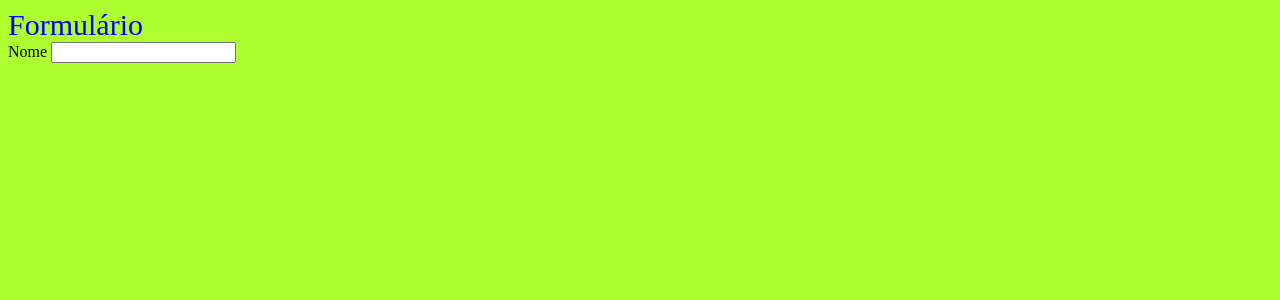
Repository: Vilmar-Freire/ESTUDOS-01-vilmar
Page: workspaces/prof-matheus battisti/matheus-dois.html
An editor plug-in stored every save of this project. The page is shown before and after the next save, followed by the edit.
The browser window is 1280 px wide. The pictures show the whole page.

Above is the page before, as saved 2026-09-02 16:39:43.

### workspaces/prof-matheus battisti/matheus-dois.html
<!DOCTYPE html>
<html lang="pt-BR">
<head>
    <meta charset="UTF-8">
    <meta name="keywords" content="Programacao, html, css, JavaScript">
    <meta name="Language" content="pt-BR">
    <meta name="Description" content="Formulario">
    <meta name="author" content="Vilmar Freire">
    <script src="matheus-dois.js"></script>
    <link rel="stylesheet" href="./matheus-dois.css">
    <meta name="viewport" content="width=device-width, initial-scale=1.0">
    <title>Document</title>
</head>
<body>
    <div class="container">
        <div class="title">Formulário</div>
        <form action="#"></form>

        <div class="user-details">
            <div class="input-box">
                <label for="name">Nome</label>
                <input type="text" id="name" name="name">
            </div>
        </div>
    </div>


</body>
</html>

### workspaces/prof-matheus battisti/matheus-dois.css
body{
    background-color:greenyellow;
}

.title{
    color:blue;
    font-size: 30px;
    text-align:left;
}

Loaded but not shown: workspaces/prof-matheus battisti/matheus-dois.js (no stored copy; drawn as an empty file)

After the next save:
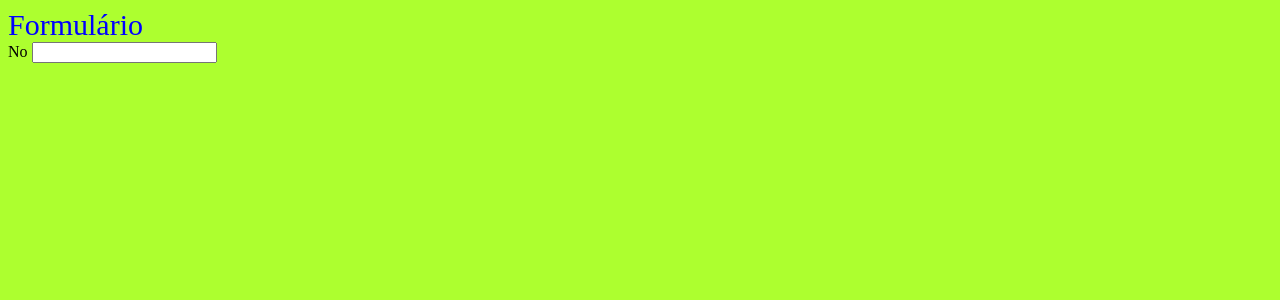
Saved 23 s later.
--- a/workspaces/prof-matheus battisti/matheus-dois.html
+++ b/workspaces/prof-matheus battisti/matheus-dois.html
@@ -18,7 +18,7 @@
 
         <div class="user-details">
             <div class="input-box">
-                <label for="name">Nome</label>
+                <label for="name">No</label>
                 <input type="text" id="name" name="name">
             </div>
         </div>
